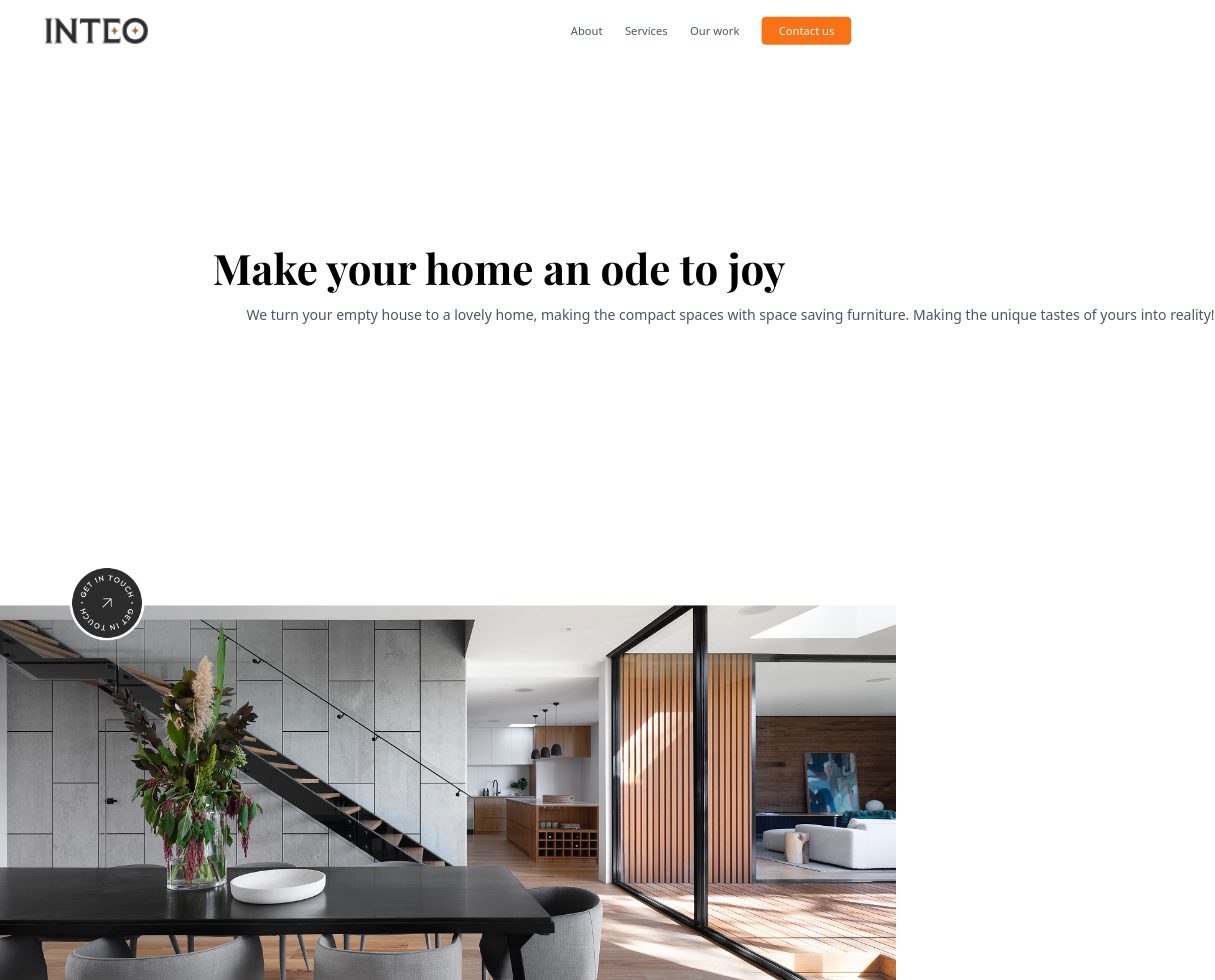
Repository: CatherinneJ/responsive-tailwind-website
Page: tailwind.html
These files come from the project's save history. The page is drawn as it stood at one moment and after the next save; the edit follows.
The browser window is 1280 px wide. The page is 1735 px wide, then 1280 px, so the pictures cover 1735 px, including what lies to the right of the window. The pictures show the part of the page from y = 0 to 1400 px (the page is 2164 px tall), at 70% of full size.
Some web libraries are served in a nearby version.

Above is the page before, as saved 2025-05-20 18:59:11.

### tailwind.html
<!DOCTYPE html>
<html lang="en">
<head>
    <meta charset="UTF-8">
    <meta name="viewport" content="width=device-width, initial-scale=1.0">
    <title>NTEO - Make your home an ode to joy</title>
    <script src="https://cdn.tailwindcss.com"></script>
    <link href="https://fonts.googleapis.com/css2?family=Playfair+Display:wght@400;700&display=swap" rel="stylesheet">
    <style>
        .font-playfair {
            font-family: 'Playfair Display', serif;
        }
    </style>
</head>
<body class="bg-white">
    <header class="py-6 px-8 lg:px-16">
        <nav class="flex justify-between items-center">
            <img src="./Assets/Logo.png" alt="logo" class="h-10">
            <ul class="flex space-x-8 items-center">
                <li class="text-gray-600 hover:text-black">About</li>
                <li class="text-gray-600 hover:text-black">Services</li>
                <li class="text-gray-600 hover:text-black">Our work</li>
                <li class="bg-orange-500 text-white px-6 py-2 rounded-md hover:bg-orange-600">Contact us</li>
            </ul>
        </nav>
    </header>

   <section class="flex flex-col items-center justify-center px-8 lg:px-16 py-12 md:py-24 min-h-screen text-center">
        <h1 class="text-4xl font-bold whitespace-nowrap md:text-5xl lg:text-6xl font-bold font-playfair mb-6 max-w-2xl  " >
            Make your home an ode to joy
        </h1>

        <p class="text-lg md:text-xl text-gray-600 mb-12 md:mb-20 max-w-xl whitespace-nowrap">
            We turn your empty house to a lovely home, making the compact spaces with space saving furniture. Making the unique tastes of yours into reality!
        </p>
            <div>
    </section>
    <section>
        <img src="./Assets/Creative.png" class="w-full" alt="background1">
    </section>
    <section id="awards">
        <img src="./Assets/Awards.png" class="w-full" alt="background1" alt="award">
    </section>

    <section class="flex">
        <h2>
            <p>
                We help bring your dream home to reality
            </p>
        </h2>
        <p>
            Lorem ipsum dolor sit amet, consectetur adipiscing elit. Faucibus fringilla dui amet faucibus nam. Erat id laoreet posuere etiam morbi. Tempor dolor elementum tellus non ipsum faucibus. Justo, magna mauris posuere auctor justo. Habitant proin aliquet volutpat leo ultricies. Dui blandit eget vitae turpis ultrices aliquet nunc. Faucibus sit odio bibendum lobortis diam.
        </p>
        <img src="./Assets/Section.png" alt="section2">
    </section>
</body>
</html>

After the next save:
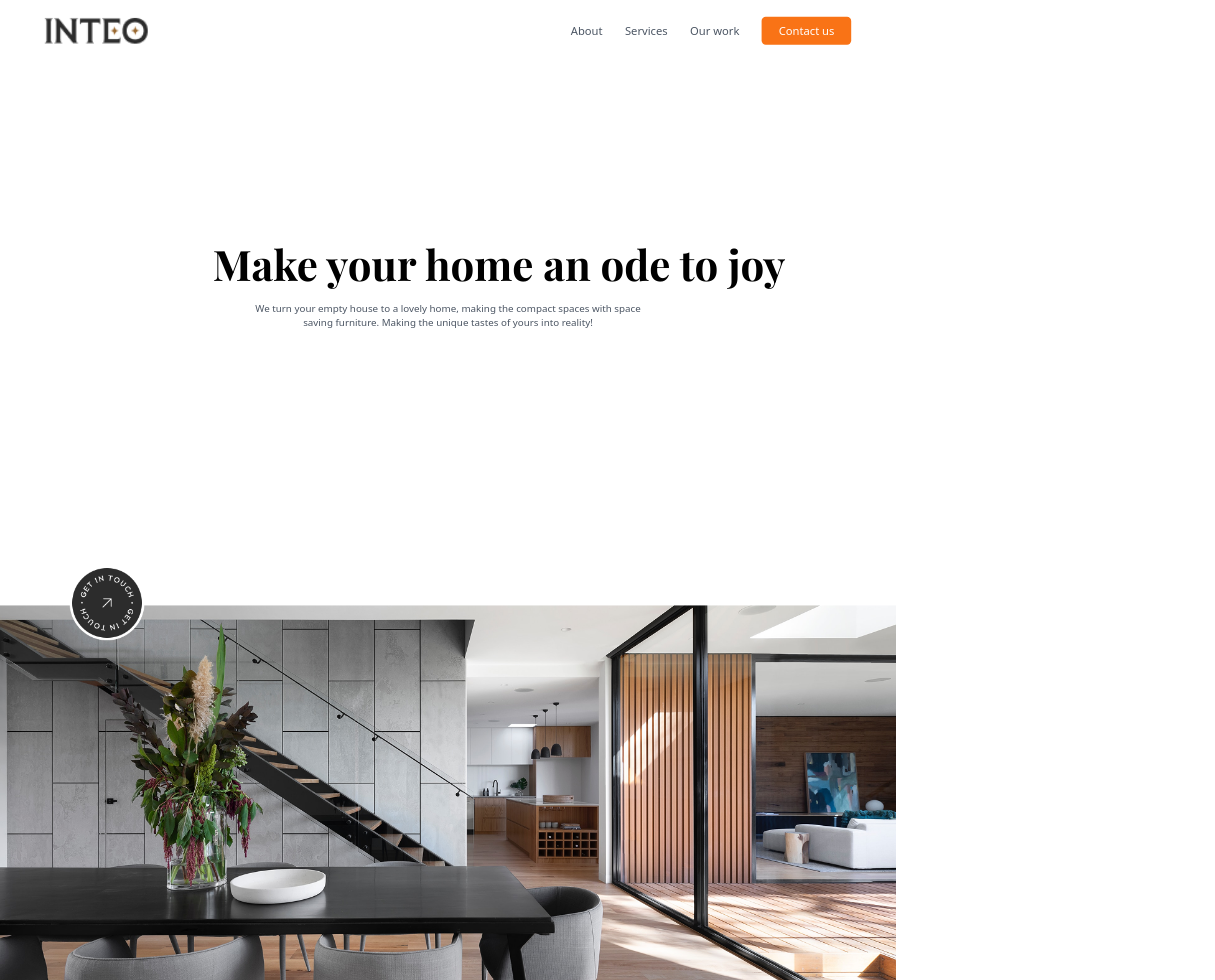
Saved 73 s later.
--- a/tailwind.html
+++ b/tailwind.html
@@ -30,7 +30,7 @@
             Make your home an ode to joy
         </h1>
 
-        <p class="text-lg md:text-xl text-gray-600 mb-12 md:mb-20 max-w-xl whitespace-nowrap">
+        <p class="text-lg md:text-sm text-gray-600 mb-12 md:mb-20 max-w-xl">
             We turn your empty house to a lovely home, making the compact spaces with space saving furniture. Making the unique tastes of yours into reality!
         </p>
             <div>
